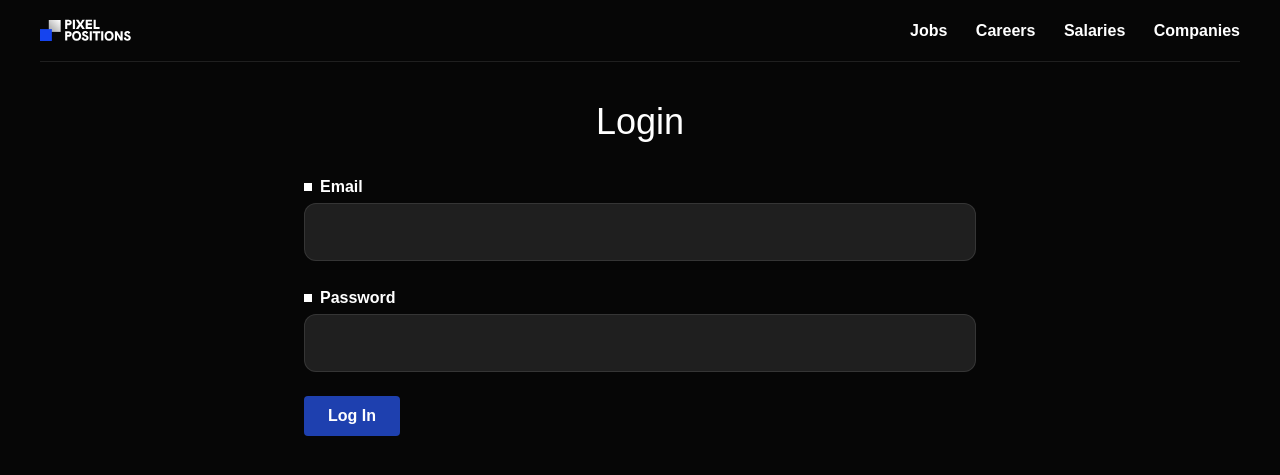
Repository: aggepap/pixel-positions-laravel
Page: http://localhost/login
These files come from the project's save history. The page is drawn as it stood at one moment and after the next save; the edit follows.
The browser window is 1280 px wide. The pictures show the whole page.
Some web fonts or font styles are not loaded; a fallback is used. The page is served by the project's Laravel application, run on PHP 8.4 with Laravel 12. Other server files are loaded and not shown. Style sheets and scripts are compiled from the project's sources, by tool versions that may differ from the author's.

Above is the page before, as saved 2025-02-22 21:44:32.

### routes/web.php
<?php

use App\Http\Controllers\AuthenticatedSessionController;
use App\Http\Controllers\JobController;
use App\Http\Controllers\RegisteredUserController;
use Illuminate\Support\Facades\Route;

Route::get('/', [JobController::class, 'index'])->name('home');
Route::middleware('guest')->group(function () {
    Route::get('/register', [RegisteredUserController::class, 'create']);
    Route::post('/register', [RegisteredUserController::class, 'store']);
    Route::get('/login', [AuthenticatedSessionController::class, 'create']);
    Route::post('/login', [AuthenticatedSessionController::class, 'store']);
});
Route::delete('/logout', [AuthenticatedSessionController::class, 'destroy'])->middleware('auth');

### app/Http/Controllers/AuthenticatedSessionController.php
<?php

namespace App\Http\Controllers;

use Illuminate\Http\Request;
use Illuminate\Support\Facades\Auth;
use Illuminate\Validation\ValidationException;

class AuthenticatedSessionController extends Controller
{
    public function create()
    {
        return view('auth.login');
    }
    public function store()
    {
        $credentials = request()->validate([
            'email' => 'required|string|email',
            'password' => 'required|string',
        ]);
        if (!Auth::attempt($credentials)) {
            throw ValidationException::withMessages(
                [
                    'email' => 'The provided credentials do not match our records.',
                ]
            );
        }
        request()->session()->regenerate();
        return redirect('/');
    }
    public function destroy(Request $request)
    {
        Auth::logout();
        $request->session()->invalidate();
        $request->session()->regenerateToken();
        return redirect('/');
    }
}

### resources/views/auth/login.blade.php
<x-layout>
  <x-page-heading>Login</x-page-heading>

  <x-forms.form method="POST" action="/login">
    <x-forms.input label="Email" type="email" name="email" />
    <x-forms.input label="Password" type="password" name="password" />
    <x-forms.button>Log In</x-forms.button>
  </x-form.form>
    </x-layout>

### resources/views/components/page-heading.blade.php

<h1 class="font-bold, text-center text-4xl mb-8">{{$slot}}</h1>

### resources/views/components/forms/label.blade.php
@props(['name', 'label'])

<div class="inline-flex items-center gap-2">
    <span class="w-2 h-2 bg-white inline-block"></span>
    <label class="font-bold" for="{{ $name }}">{{ $label }}</label>
</div>

### resources/views/components/forms/button.blade.php
<button {{ $attributes(['class' => 'bg-blue-800 rounded py-2 px-6 font-bold']) }}>{{ $slot }}</button>

### resources/views/components/layout.blade.php
<!DOCTYPE html>
<html lang="en">
<head>
  <meta charset="UTF-8">
  <meta name="viewport" content="width=device-width, initial-scale=1.0">
  <title>Pixel Positions</title>
  <link rel="preconnect" href="https://fonts.googleapis.com">
<link rel="preconnect" href="https://fonts.gstatic.com" crossorigin>
<link href="https://fonts.googleapis.com/css2?family=Hanken+Grotesk:ital,wght@400;500;600&display=swap" rel="stylesheet">
  @vite(['resources/js/app.js', 'resources/css/app.css'])
</head>
<body class="bg-black text-white font-hanken">
  <div class="px-10">
    <nav class="flex justify-between items-center py-4 border-b border-white/10">
      <div class="">
        <a href="/"> <img src="{{Vite::asset('resources/images/logo.svg')}}" alt="Logo"></a>

      </div>
      <div class="space-x-6 font-bold"><a href="#">Jobs</a>
      <a href="#">Careers</a>
      <a href="#">Salaries</a>
       <a href="#">Companies</a>
      </div>
      @auth
      <div class=""><a href="#">Post a job</a></div>
      @endauth
    </nav>
    <main class="mt-10 max-w-[986px] mx-auto">{{$slot}}</main>
  </div>
</body>
</html>

### resources/images/logo.svg
<svg width="92" height="29" viewBox="0 0 92 29" fill="none" xmlns="http://www.w3.org/2000/svg">
    <path fill="url(#eq4u6l1jfa)" d="M8.787 4.021h11.877v11.877H8.787z"/>
    <path fill="#1544EF" d="M0 13.107h11.877v11.877H0z"/>
    <path d="M25.16 13V3.653h3.285c2.159 0 3.245.899 3.245 2.75 0 1.863-1.113 2.842-3.245 2.842H27.25V13H25.16zm2.091-5.686h.979c.858 0 1.354-.134 1.354-.885 0-.71-.429-.845-1.354-.845h-.979v1.73zM32.846 13V3.653h2.106V13h-2.106zm2.988 0 3.044-4.64-3.057-4.707h2.521L40.34 6.9l1.998-3.246h2.508L41.788 8.36 44.846 13h-2.521l-1.998-3.124L38.355 13h-2.52zm9.872 0V3.653h6.276v1.931h-4.17v1.61h3.969v1.944h-3.97v1.931h4.17V13h-6.275zm7.936 0V3.653h2.105v7.416h3.836V13h-5.941zM25.16 24.574v-9.347h3.285c2.159 0 3.245.898 3.245 2.75 0 1.863-1.113 2.842-3.245 2.842H27.25v3.755H25.16zm2.091-5.686h.979c.858 0 1.354-.134 1.354-.885 0-.71-.429-.845-1.354-.845h-.979v1.73zm9.367 5.927c-2.71 0-4.573-1.971-4.573-4.908 0-2.95 1.864-4.921 4.573-4.921 2.735 0 4.586 1.957 4.586 4.921 0 2.95-1.878 4.908-4.586 4.908zm0-2.011c1.515 0 2.467-1.113 2.467-2.897 0-1.797-.952-2.91-2.467-2.91-1.502 0-2.468 1.086-2.468 2.91 0 1.81.966 2.897 2.468 2.897zm8.63 1.97c-1.944 0-3.472-1.166-3.754-2.95l2.092-.522c.094 1.1.764 1.609 1.703 1.609.684 0 1.247-.335 1.247-1.046 0-.43-.429-.751-1.65-1.247-1.997-.805-2.721-1.542-2.721-2.977 0-1.556 1.22-2.655 3.057-2.655 1.3 0 2.347.603 2.95 1.81l-1.743 1.086c-.282-.684-.738-1.032-1.274-1.032-.483 0-.885.308-.885.75 0 .456.362.778 1.703 1.301 2.011.778 2.655 1.449 2.655 2.776 0 1.85-1.475 3.098-3.38 3.098zm4.478-.2v-9.347h2.106v9.347h-2.106zm5.724 0v-7.416h-2.736v-1.931h7.59v1.931h-2.722v7.416H55.45zm5.735 0v-9.347h2.105v9.347h-2.105zm7.91.241c-2.71 0-4.573-1.971-4.573-4.908 0-2.95 1.864-4.921 4.573-4.921 2.735 0 4.586 1.957 4.586 4.921 0 2.95-1.878 4.908-4.586 4.908zm0-2.011c1.515 0 2.467-1.113 2.467-2.897 0-1.797-.952-2.91-2.467-2.91-1.502 0-2.468 1.086-2.468 2.91 0 1.81.966 2.897 2.468 2.897zm11.487-7.577h2.105v9.347h-2.159l-3.513-5.726v5.726h-2.106v-9.347h2.146l3.527 5.7v-5.7zm6.848 9.548c-1.945 0-3.473-1.167-3.755-2.95l2.092-.523c.094 1.1.764 1.609 1.703 1.609.684 0 1.247-.335 1.247-1.046 0-.43-.429-.751-1.65-1.247-1.997-.805-2.721-1.542-2.721-2.977 0-1.556 1.22-2.655 3.057-2.655 1.3 0 2.347.603 2.95 1.81l-1.743 1.086c-.282-.684-.738-1.032-1.274-1.032-.483 0-.885.308-.885.75 0 .456.362.778 1.703 1.301 2.011.778 2.655 1.449 2.655 2.776 0 1.85-1.475 3.098-3.38 3.098z" fill="#fff"/>
    <defs>
        <linearGradient id="eq4u6l1jfa" x1="20.5" y1="4" x2="8" y2="16.5" gradientUnits="userSpaceOnUse">
            <stop stop-color="#fff"/>
            <stop offset="1" stop-color="#999"/>
        </linearGradient>
    </defs>
</svg>

### tailwind.config.js
import defaultTheme from "tailwindcss/defaultTheme";

/** @type {import('tailwindcss').Config} */
export default {
    content: [
        "./vendor/laravel/framework/src/Illuminate/Pagination/resources/views/*.blade.php",
        "./storage/framework/views/*.php",
        "./resources/**/*.blade.php",
        "./resources/**/*.js",
        "./resources/**/*.vue",
    ],
    theme: {
        extend: {
            fontFamily: {
                sans: ["Figtree", ...defaultTheme.fontFamily.sans],
            },
            colors: {
                black: "#060606",
            },
            fontFamily: {
                hanken: ["Hanken", "sans-serif"],
            },
            fontSize: {
                "2xs": "0.625rem",
            },
        },
    },
    plugins: [],
};

Loaded but not shown: app/Providers/AppServiceProvider.php (common file); app/Http/Controllers/Controller.php (common file); resources/views/components/forms/input.blade.php (common file); resources/views/components/forms/field.blade.php (common file); resources/views/components/forms/error.blade.php (common file); resources/views/components/forms/form.blade.php (common file); resources/css/app.css (common file)

After the next save:
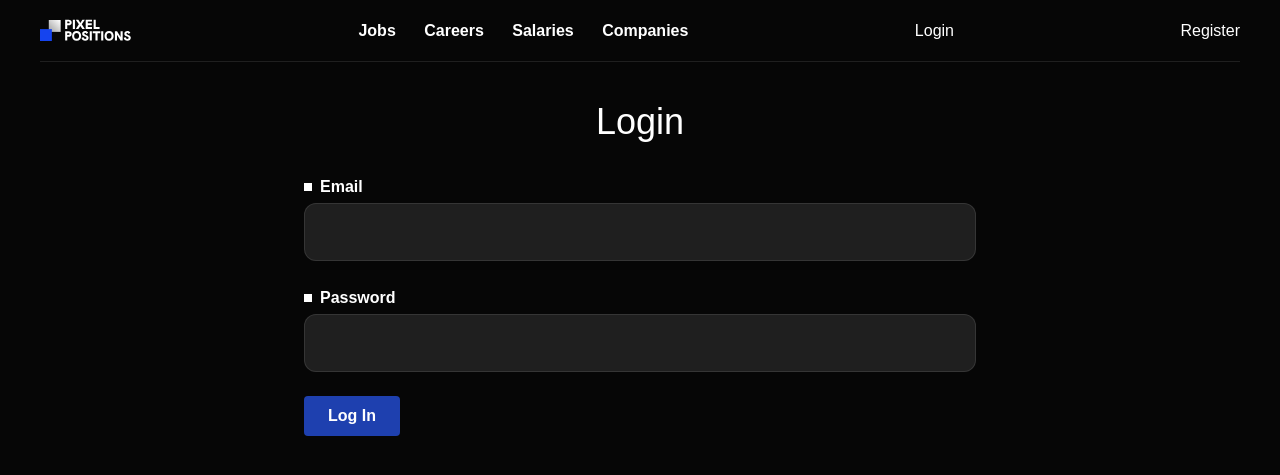
Saved 25 s later.
--- a/resources/views/components/layout.blade.php
+++ b/resources/views/components/layout.blade.php
@@ -24,6 +24,10 @@
       @auth
       <div class=""><a href="#">Post a job</a></div>
       @endauth
+      @guest
+        <div class="/login"><a href="/login">Login</a></div>
+        <div class="/register"><a href="/register">Register</a></div>
+      @endguest
     </nav>
     <main class="mt-10 max-w-[986px] mx-auto">{{$slot}}</main>
   </div>
